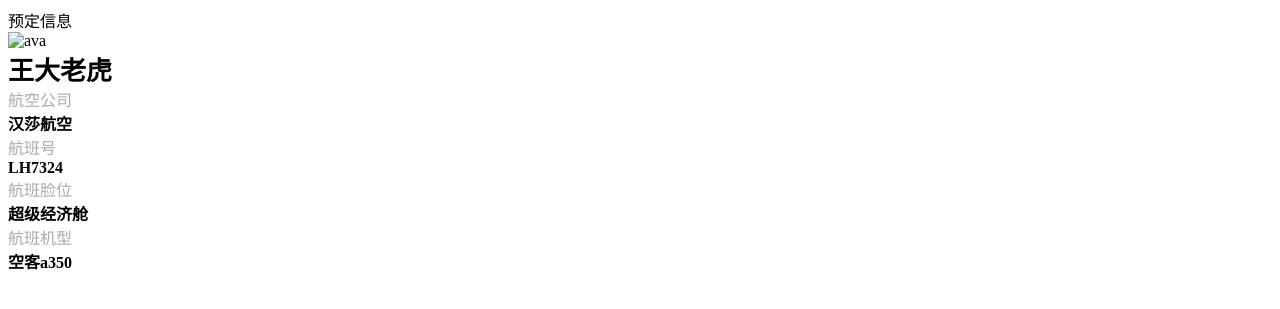
Repository: xzm1997/react-learning
Page: /
The author's editor kept a copy of each file at every save. The page is drawn from the files as they stood at one save, then again after the next save.
The browser window is 1280 px wide. The pictures show the whole page.
The project was rebuilt for these pictures with package versions that can differ from the ones it lists, and the page was loaded fresh each time.

Above is the page before, as saved 2023-01-31 10:21:44.

### src/index.js
import React from 'react';
import ReactDOM from 'react-dom/client';
import './index.css';

export function UserInfo(props) {
  return (
    <div>
      <img src='' alt='ava'></img>
      <div className='userName'>{props.userName}</div>
    </div>
  )
}

export function InfoShow(props) {
  return (
    <div>
      <div className='bookTitle'>{props.title}</div>
      <div className='bookContent'>{props.content}</div>
    </div>
  )
}

export function BookInfo(props) {
  return (
    <div>
      <div>预定信息</div>
      <UserInfo userName={props.userName} />
      <div className='infoDisplay'>
        <InfoShow title='航空公司' content={props.ticketInfo.airline}/>
        <InfoShow title='航班号' content={props.ticketInfo.flightNum}/>
        <InfoShow title='航班脸位' content={props.ticketInfo.level}/>
        <InfoShow title='航班机型' content={props.ticketInfo.plane}/>
      </div>
    </div>
    )
}

export function Root() {
  const userName = '王大老虎';
  const ticketInfo = {
    airline : '汉莎航空',
    flightNum : 'LH7324',
    level : '超级经济舱',
    plane : '空客a350'
  }
  return (
    <div>
      <BookInfo
        userName={userName}
        ticketInfo={ticketInfo}
      />
    </div>
  )
}

// ========================================

const root = ReactDOM.createRoot(document.getElementById("root"));
root.render(<Root />);

### src/index.css
.helloWorld {
  color: #2dd;
  font-size: 24px;
}

.userName {
  font-weight: 700;
  font-size: 26px;
}

.bookTitle {
  color: #aaa;
}

.bookContent {
  font-weight: 700;
}

Loaded but not shown: public/index.html (common file)

After the next save:
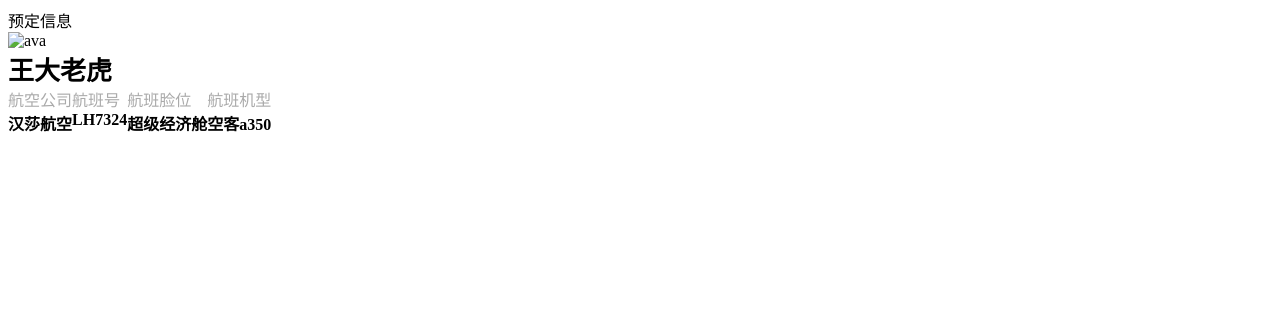
Saved 12 s later.
--- a/src/index.css
+++ b/src/index.css
@@ -15,3 +15,7 @@
 .bookContent {
   font-weight: 700;
 }
+
+.infoDisplay {
+  display: flex;
+}
